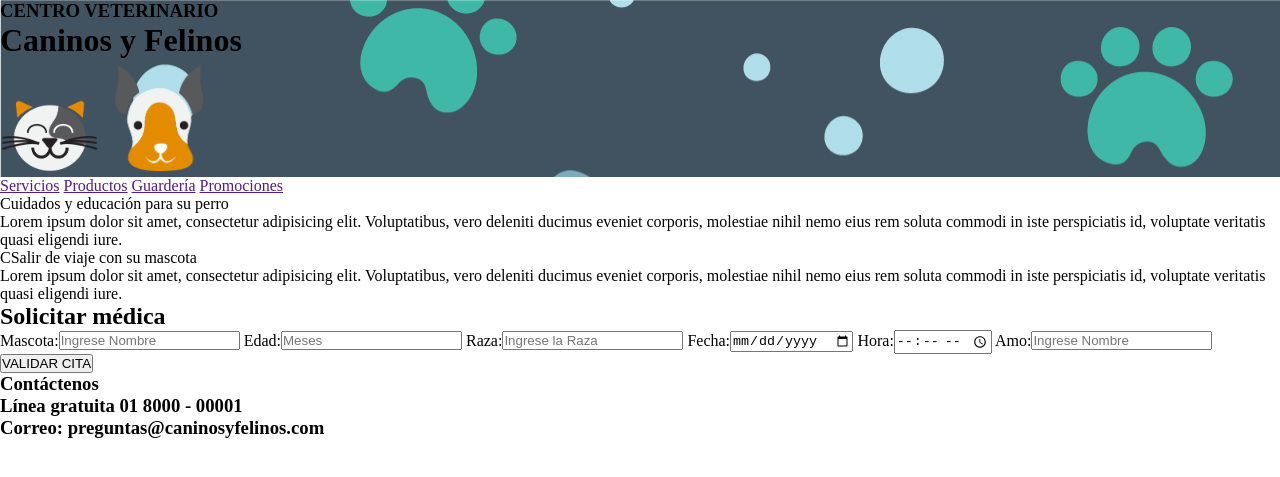
Repository: mariomr87/senaweb01
Page: principal.html
An editor plug-in stored every save of this project. The page is shown before and after the next save, followed by the edit.
The browser window is 1280 px wide. The pictures show the whole page.

Above is the page before, as saved 2021-09-26 19:48:33.

After the next save:
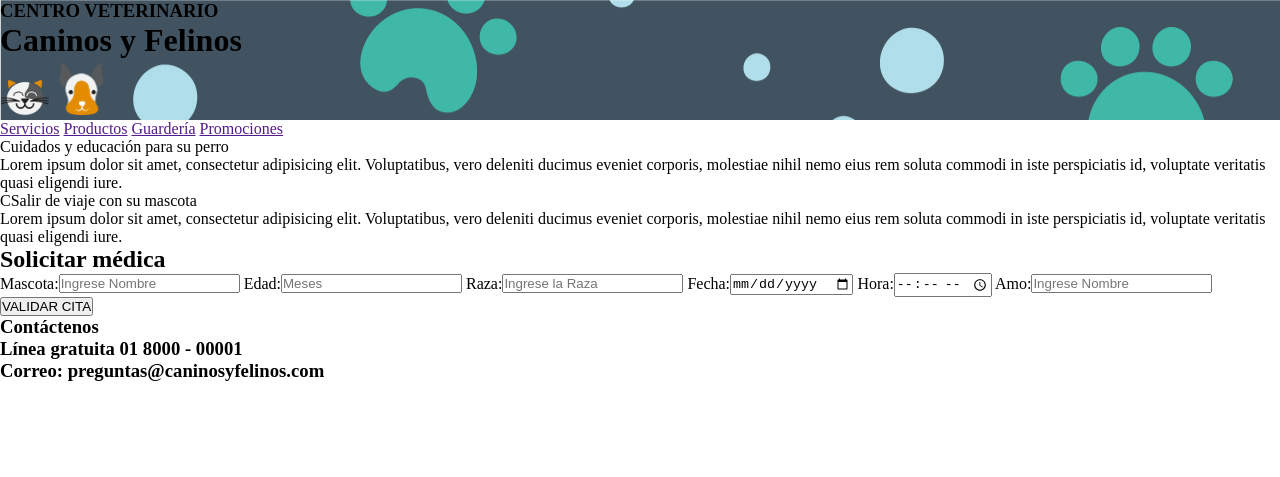
Saved 64 s later.
--- a/estilos.css
+++ b/estilos.css
@@ -19,5 +19,7 @@ header{
 }
 
 .header-text{
+    display:inline-block;
+    width:50%;
 
 }

After the 2 saves that followed:
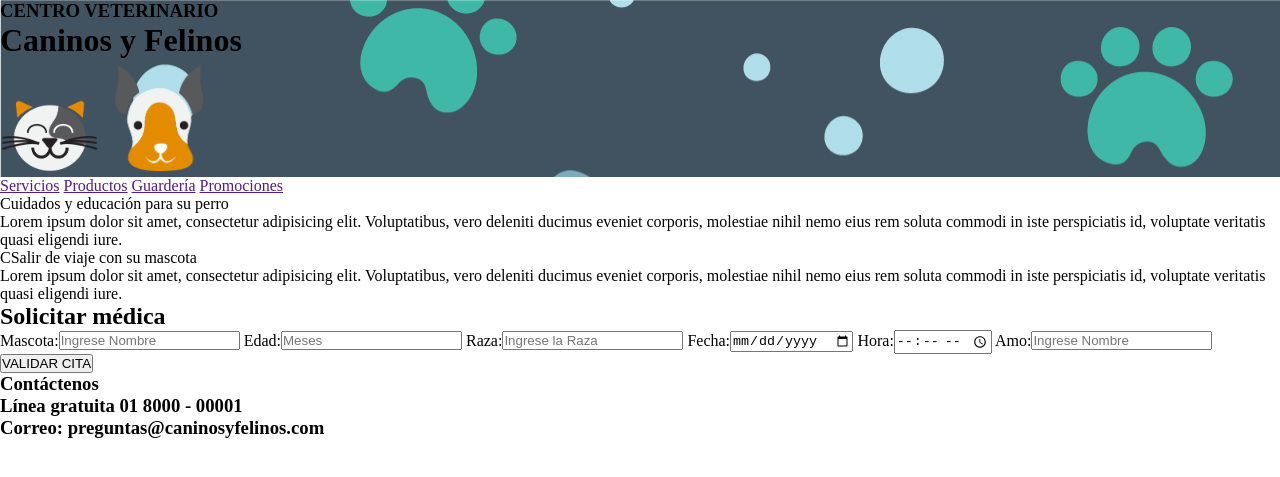
The 2 saves are shown as one change because 1 left the picture as it was.
The last was saved 27 s later.
--- a/estilos.css
+++ b/estilos.css
@@ -19,7 +19,6 @@ header{
 }
 
 .header-text{
-    display:inline-block;
-    width:50%;
-
+    /* display:inline-block;
+    width:50%; */
 }
